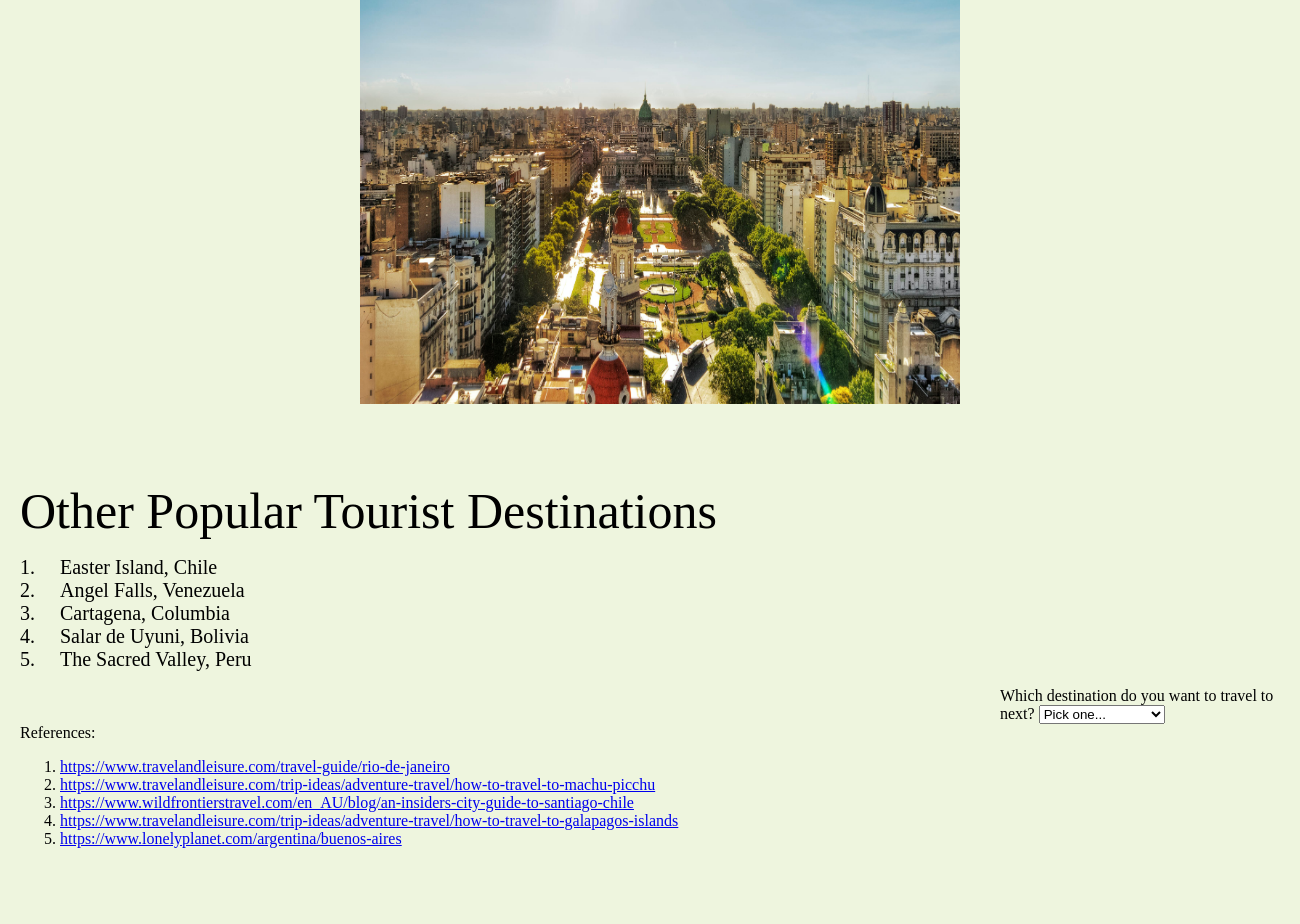
Repository: alharama/StaticWebsite
Page: sa_page.html
These files come from the project's save history. The page is drawn as it stood at one moment and after the next save; the edit follows.
The browser window is 1280 px wide. The page is 1300 px wide, so the pictures cover 1300 px, including what lies to the right of the window. The pictures show the part of the page from y = 3583 to 4507 px (the page is 4507 px tall before and 4489 px after).

Above is the page before, as saved 2021-10-07 20:37:59.

### sa_page.html
<!DOCTYPE html>
<html lang="en">
<head>

    <link rel = "stylesheet" type="text/css" href="CSS/stylesheet.css">
    <link rel="icon" href="World.ico">

    <title> South America </title>

    <style>

        #sa {
            display: block;
            margin-left: auto;
            margin-right: auto;
            margin-top: 30px;
            width: auto;
            height: 300px;

        }



    </style>

</head>

<body>
    <header>
        South America


        <div id="languages">
            <div>Hello</div>
            <div>Bonjour</div>
            <div>Marhabaan</div>
            <div>Zdravstvuyte</div>
            <div>nǐ hǎo</div>
            <div>Salve</div>
            <div>Konnichiwa</div>
            <div>Guten Tag</div>
            <div>Goddag</div>
            <div>Shikamoo</div>
        </div>
    </header>

        <nav class="top_nav">
            <ul id="top_nav">
                <li><a href="/index.html">Home</a></li>
                <li><a href="/na_page.html">North America</a></li>
                <li><a href="/sa_page.html">South America</a></li>
                <li><a href="/eu_page.html">Europe</a></li>
                <li><a href="/af_page.html">Africa</a></li>
                <li><a href="/as_page.html">Asia</a></li>
                <li><a href="/au_page.html">Australia</a></li>
                <li><a href="/ant_page.html">Antarctica</a></li>
            </ul>
        </nav>


        <img id="sa" src="images/SouthAmerica.png" alt="South America">
        <h1> Top Tourist Destinations in South America</h1>


        <ul class = "tourist_spots">
            <li> Rio De Janerio, Brazil </li>

            <li><img class="dest" src="images/Rio.jpeg" alt="RIO"> </li>
            <li> Cuzco, Peru </li>
            <li><img class = "dest" src="images/Cuzco.jpeg" alt="CUZCO">  </li>
            <li> Santiago, Chile</li>
            <li><img class = "dest" src="images/Santiago.jpeg" alt = "SANTIAGO"> </li>
            <li> Galapagos Islands, Ecuador</li>
            <li><img class = "dest" src="images/Galapagos.jpeg" alt="GALAPAGOS">  </li>
            <li> Buenos Aires, Argentina</li>
            <li><img class="dest" src="images/Buenos.jpeg" alt="BUENOS AIRES">  </li>
        </ul>


            <div class = "extra_destinations">
                <div id="other_dest_header"> Other Popular Tourist Destinations</div>
                    <ol>
                        <li>  Easter Island, Chile</li>
                        <li> Angel Falls, Venezuela</li>
                        <li> Cartagena, Columbia </li>
                        <li> Salar de Uyuni, Bolivia</li>
                        <li> The Sacred Valley, Peru</li>
                    </ol>
            </div>





        <div id="survey">

            Which destination do you want to travel to next?
            <select>
                <option>Pick one...</option>
                <option>Rio De Jenario</option>
                <option>Cuzco</option>
                <option>Santiago</option>
                <option>Galapagos Island</option>
                <option>Buenos Aires</option>
                <option>Easter Island</option>
                <option>Angel Falls</option>
            </select>

        </div>

        <footer>


                <div id="references">References:</div>

            <ol>
                <li><a href="https://www.travelandleisure.com/travel-guide/rio-de-janeiro">https://www.travelandleisure.com/travel-guide/rio-de-janeiro</a></li>
                <li><a href="https://www.travelandleisure.com/trip-ideas/adventure-travel/how-to-travel-to-machu-picchu">https://www.travelandleisure.com/trip-ideas/adventure-travel/how-to-travel-to-machu-picchu</a></li>
                <li><a href="https://www.wildfrontierstravel.com/en_AU/blog/an-insiders-city-guide-to-santiago-chile">https://www.wildfrontierstravel.com/en_AU/blog/an-insiders-city-guide-to-santiago-chile</a></li>
                <li><a href="https://www.travelandleisure.com/trip-ideas/adventure-travel/how-to-travel-to-galapagos-islands">https://www.travelandleisure.com/trip-ideas/adventure-travel/how-to-travel-to-galapagos-islands</a></li>
                <li><a href="https://www.lonelyplanet.com/argentina/buenos-aires">https://www.lonelyplanet.com/argentina/buenos-aires</a></li>
            </ol>

        </footer>


    </body>
</html>

### CSS/stylesheet.css

 @import url('https://fonts.googleapis.com/css2?family=Kaushan+Script&display=swap');



 header {
    text-align: center;
    padding: 5px;
    font-family: 'Kaushan Script', cursive;
    font-size: 100px;
    border-bottom: 1px solid;
    background-color: rgb(183, 184, 146);

}

#container {
    min-height:100%;
    position:relative;
}

body{
    background: rgb(238, 245, 222);
    margin: 0px;
    padding-bottom: 100px;
}

.top_nav {
    width: 100%;
    font-size: 40px;
    text-align: center;
    color: red;

}

.top_nav ul {
    margin: 0px;
    color: blue;
}

.top_nav li {
    display: inline-block;

}

.top_nav a {
    text-decoration:underline;
    color: rgb(175, 52, 52);

}

.top_nav a:hover {
    background-color: lightgray;
}


#languages{

    display: flex;
    font-size: 20px;
    justify-content:space-around;
}



 h1 {
    text-align: center;
    font-family: 'Kaushan Script', cursive;
}

.tourist_spots {
    text-align: center;
}
.tourist_spots li {
    list-style: none;
    text-align: center;
    font-size: 50px;

}


.dest {
    width: 600px;
    height: 500px;
    padding: 50px;
}

#other_dest_header {
    padding-left: 20px;
    font-size: 50px;
}
.extra_destinations li{
    padding-left: 20px;
    font-size: 20px;
}

#survey {
    padding-left: 1000px;
}


footer {
    position: relative;
    bottom: 0;
    width: 100%;
    height: 100px;
    padding-left: 20px;
    color: black;

}

After the next save:
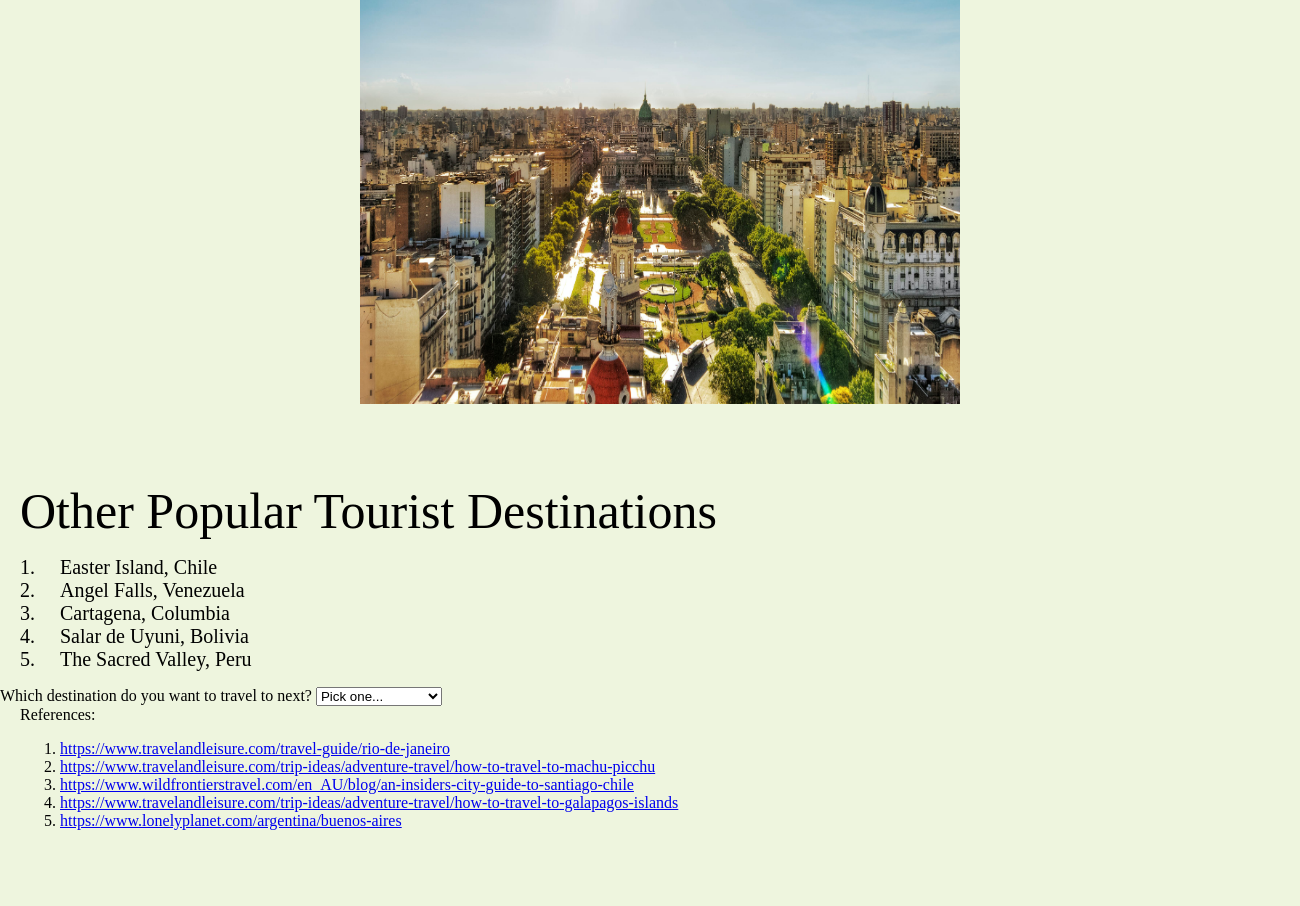
Saved 4 s later.
--- a/CSS/stylesheet.css
+++ b/CSS/stylesheet.css
@@ -94,7 +94,7 @@ body{
 }
 
 #survey {
-    padding-left: 1000px;
+    padding-left: 0px;
 }
 
 
